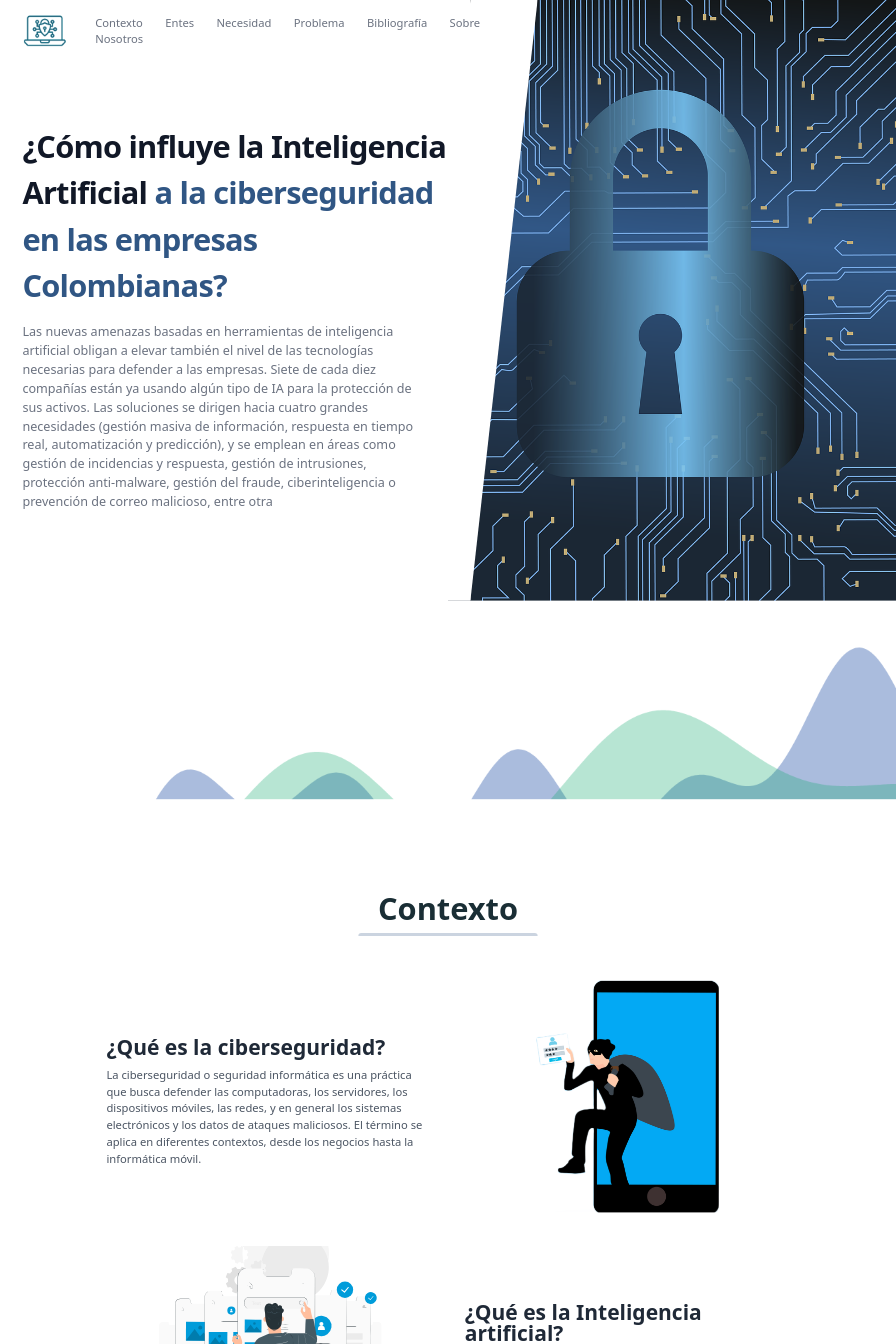
Repository: cardacar/fdi-2022
Page: /
These files come from the project's save history. The page is drawn as it stood at one moment and after the next save; the edit follows.
The browser window is 1280 px wide. The pictures show the part of the page from y = 0 to 1920 px (the page is 7064 px tall), at 70% of full size.
The project was rebuilt for these pictures with package versions that can differ from the ones it lists, and the page was loaded fresh each time. The framework's server and built-in components were replaced by stand-ins that run in the browser. Also part of the build but not shown: next.config.js.

Above is the page before, as saved 2022-08-07 16:59:52.

After the next save:
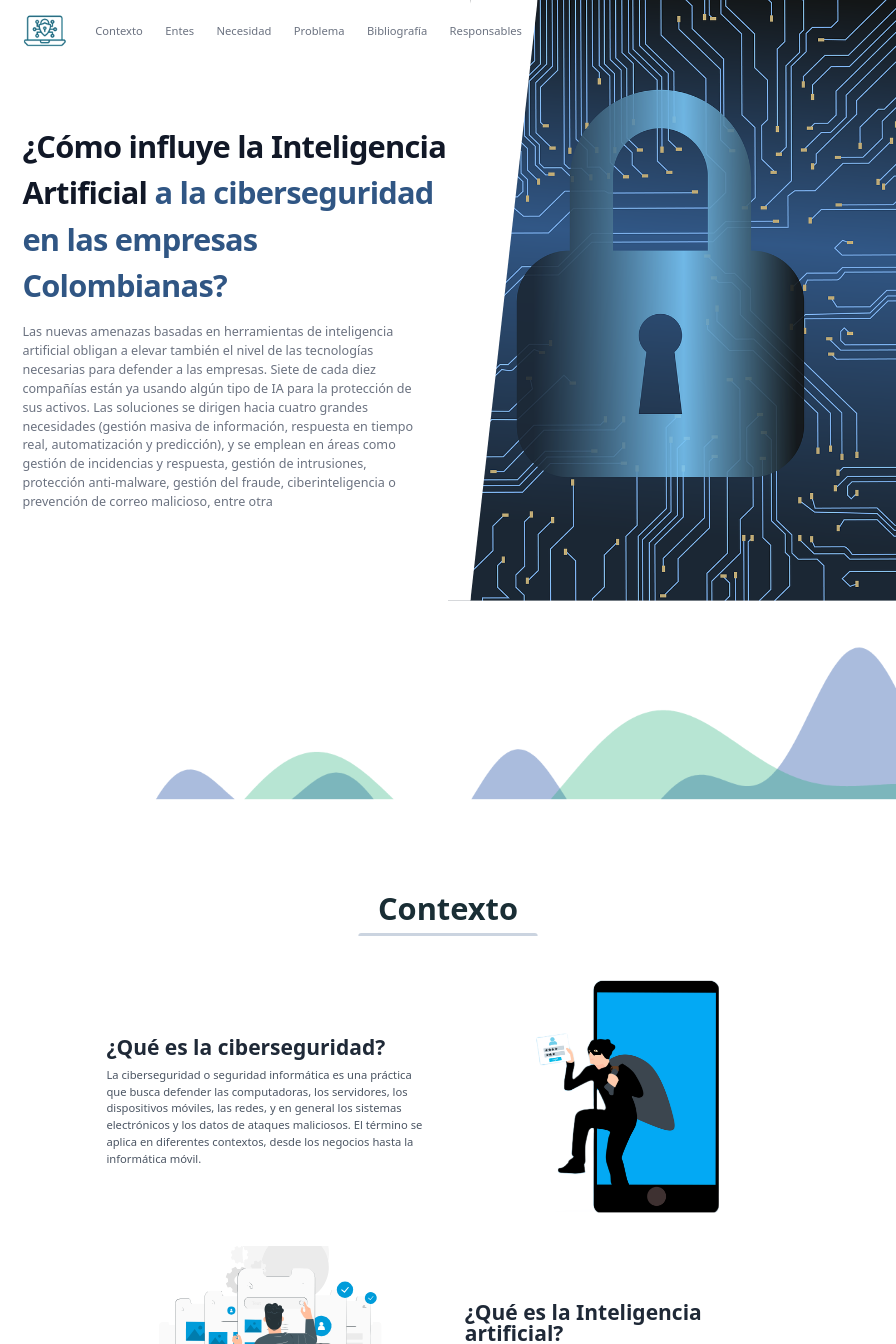
Saved 14 s later.
--- a/src/config/index.json
+++ b/src/config/index.json
@@ -26,7 +26,7 @@
       "href": "bibliografia"
     },
     {
-      "name": "Sobre Nosotros",
+      "name": "Responsables",
       "href": "about"
     }
   ],
